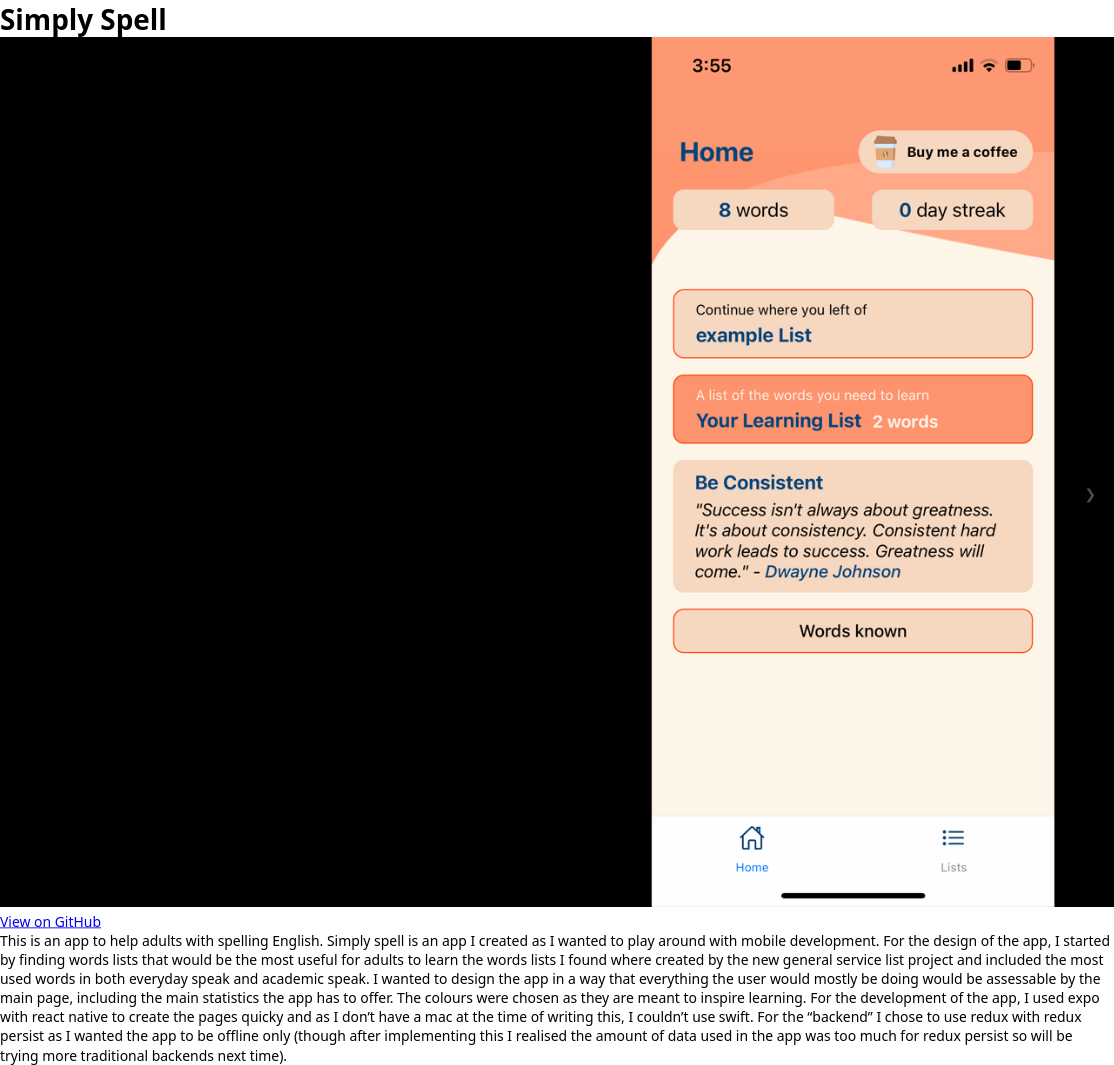
Repository: David-Waite/simpleespellwebsite
Page: /
The author's editor kept a copy of each file at every save. The page is drawn from the files as they stood at one save, then again after the next save.
The browser window is 1280 px wide. The pictures show the whole page, at 87% of full size.
The project was rebuilt for these pictures with package versions that can differ from the ones it lists, and the page was loaded fresh each time.

Above is the page before, as saved 2023-07-27 19:03:26.

### src/index.css
* {
  margin: 0;
  padding: 0;
  font-family: system-ui, -apple-system, BlinkMacSystemFont, "Segoe UI", Roboto,
    Oxygen, Ubuntu, Cantarell, "Open Sans", "Helvetica Neue", sans-serif;
}

body .carousel {
  display: flex;
  flex-direction: column;
  position: relative;
}

.slideContainer {
  scroll-snap-type: x mandatory;
  overflow-x: scroll;
  overflow-y: hidden;
  display: flex;
  align-items: center;
  height: 100%;
  -webkit-overflow-scrolling: touch;
  scroll-behavior: smooth;
}

.slideContainer::-webkit-scrollbar {
  display: none;
}
.slide {
  scroll-snap-align: center;
  position: relative;
  min-width: 100%;
  padding-top: 50%;
}
.slide img {
  height: auto;
  width: 100%;
  position: absolute;
  top: 0;
  left: 0;
}
.arrow {
  color: #ffffff;
  background-color: #000000;
  position: absolute;
  text-align: center;
  opacity: 0.3;
  cursor: pointer;
  position: absolute;
  top: 50%;
}
.arrow p {
  padding: 10px;
}
.arrowBack {
  left: 10px;
}
.arrowForward {
  right: 10px;
}
.arrow:hover {
  opacity: 1;
}

### src/App.js
import { useState, useEffect } from "react";
import { useRef } from "react";
import styles from "./index.css";

export default function App(props) {
  let images = [
    "../simplySpell1.PNG",
    "../simplySpell2.PNG",
    "../simplySpell3.PNG",
    "../simplySpell4.PNG",
    "../simplySpell5.PNG",
    "../simplySpell6.PNG",
    "../simplySpell7.PNG",
    "../simplySpell8.PNG",
    "../simplySpell9.PNG",
  ];

  function resetSlideShow() {
    slideContainerRef.current.scrollLeft = 0;
  }

  const slideContainerRef = useRef(null);
  const [hideLeft, setHideLeft] = useState("none");
  const [hideRight, setHideRight] = useState("");

  function handleBackArrow() {
    slideContainerRef.current.scrollLeft =
      slideContainerRef.current.scrollLeft -
      slideContainerRef.current.children[0].clientWidth;
  }

  function handleScroll() {
    const totalLength =
      slideContainerRef.current.children[0].clientWidth * (images.length - 1);

    if (slideContainerRef.current.scrollLeft === 0) {
      setHideLeft("none");
    } else {
      setHideLeft("");
    }

    if (slideContainerRef.current.scrollLeft >= totalLength - 100) {
      setHideRight("none");
    } else {
      setHideRight("");
    }
  }
  function handleFowardArrow() {
    slideContainerRef.current.scrollLeft =
      slideContainerRef.current.scrollLeft +
      slideContainerRef.current.children[0].clientWidth;
  }
  const slideElements = images.map((image) => {
    return (
      <div key={image} className={styles.slide}>
        <img src={image} />
      </div>
    );
  });

  useEffect(() => {
    resetSlideShow();
  }, [props]);

  return (
    <div>
      <h1>Simply Spell</h1>

      <div className={"carousel"}>
        <div
          className={"slideContainer"}
          ref={slideContainerRef}
          onScroll={handleScroll}
        >
          {slideElements}
        </div>

        <div
          style={{ display: hideLeft }}
          className={`arrow arrowBack`}
          onClick={handleBackArrow}
        >
          <p>❮</p>
        </div>

        <div
          style={{ display: hideRight }}
          className={`arrow arrowForward`}
          onClick={handleFowardArrow}
        >
          <p>❯</p>
        </div>
      </div>
      <div>
        <a href="https://github.com/David-Waite/SpellingApp">View on GitHub</a>
        <p>
          This is an app to help adults with spelling English. Simply spell is
          an app I created as I wanted to play around with mobile development.
          For the design of the app, I started by finding words lists that would
          be the most useful for adults to learn the words lists I found where
          created by the new general service list project and included the most
          used words in both everyday speak and academic speak. I wanted to
          design the app in a way that everything the user would mostly be doing
          would be assessable by the main page, including the main statistics
          the app has to offer. The colours were chosen as they are meant to
          inspire learning. For the development of the app, I used expo with
          react native to create the pages quicky and as I don’t have a mac at
          the time of writing this, I couldn’t use swift. For the “backend” I
          chose to use redux with redux persist as I wanted the app to be
          offline only (though after implementing this I realised the amount of
          data used in the app was too much for redux persist so will be trying
          more traditional backends next time).
        </p>
      </div>
    </div>
  );
}

Loaded but not shown: public/index.html (common file); src/index.js (common file); src/reportWebVitals.js (common file)

After the next save:
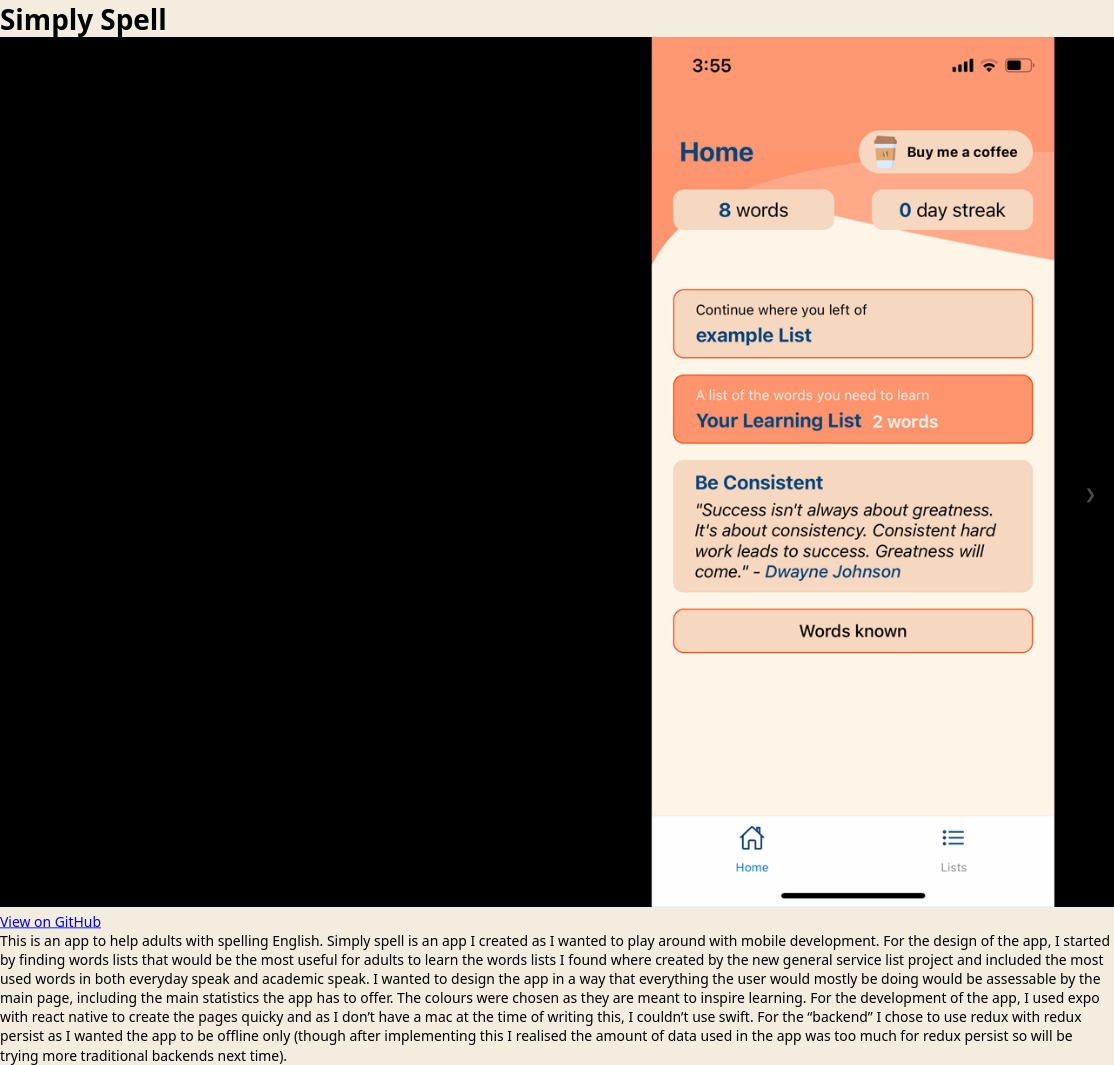
Saved 51 s later.
--- a/src/index.css
+++ b/src/index.css
@@ -5,7 +5,11 @@
     Oxygen, Ubuntu, Cantarell, "Open Sans", "Helvetica Neue", sans-serif;
 }
 
-body .carousel {
+body {
+  background-color: #f3eddf;
+}
+
+.carousel {
   display: flex;
   flex-direction: column;
   position: relative;
